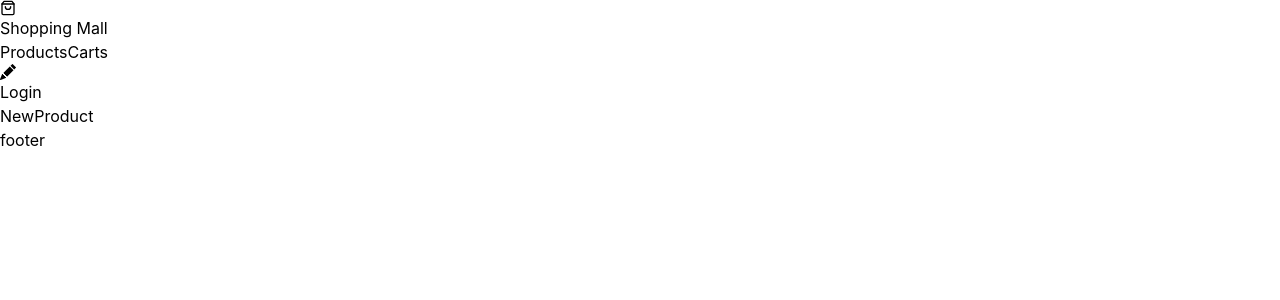
Repository: dnjfht/shopping_mall
Page: /products/new
The author's editor kept a copy of each file at every save. The page is drawn from the files as they stood at one save, then again after the next save.
The browser window is 1280 px wide. The pictures show the whole page.
The project was rebuilt for these pictures with package versions that can differ from the ones it lists, and the page was loaded fresh each time. Also part of the build but not shown: src/App.css, src/pages/Home.jsx, src/pages/AllProducts.jsx, src/pages/ProductDetail.jsx, src/pages/NotFound.jsx, src/pages/MyCart.jsx.

Above is the page before, as saved 2023-03-05 19:57:05.

After the next save:
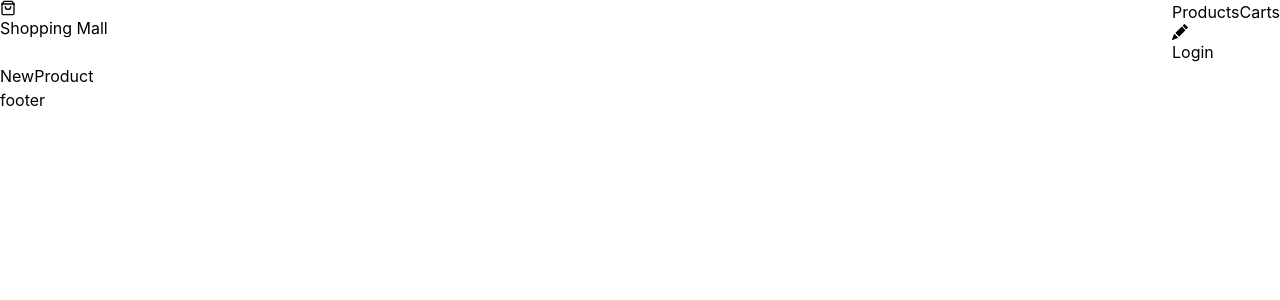
Saved 78 s later.
--- a/src/components/Header.jsx
+++ b/src/components/Header.jsx
@@ -5,7 +5,7 @@ import { BsFillPencilFill } from "react-icons/bs";
 
 export default function Header() {
   return (
-    <header>
+    <header className="flex justify-between">
       <Link to="/">
         <FiShoppingBag />
         <h1>Shopping Mall</h1>
